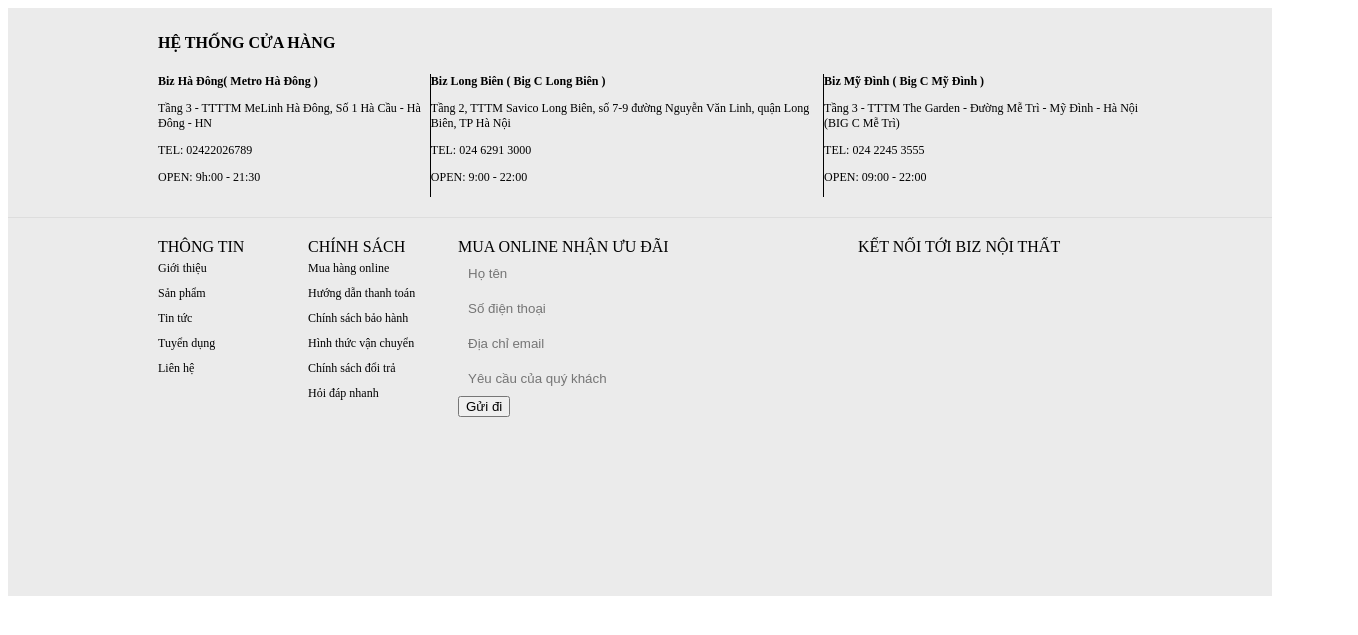
Repository: LongNguyen2504/T3H-FrondEnd
Page: lesson4_css_homework1.html
An editor plug-in stored every save of this project. The page is shown before and after the next save, followed by the edit.
The browser window is 1280 px wide. The page is 1358 px wide, so the pictures cover 1358 px, including what lies to the right of the window. The pictures show the whole page.

Above is the page before, as saved 2021-12-04 21:42:36.

After the next save:
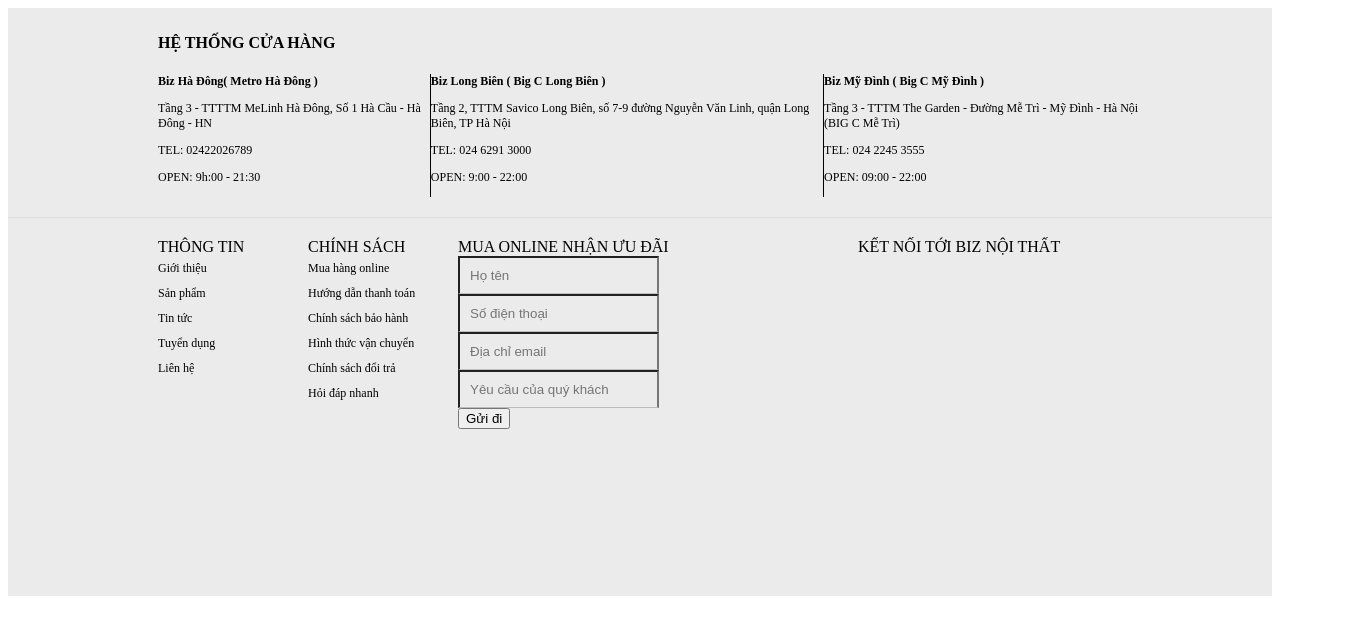
Saved 60 s later.
--- a/lesson4_css_homework1.css
+++ b/lesson4_css_homework1.css
@@ -91,7 +91,7 @@ li{
     margin-left: -5px;
 }
 #name,#phone,#email,#special{
-    border: none;
+    border-bottom: 1px solid #bdbdbd;
     background-color: #ebebeb;
     padding: 10px;
 }
